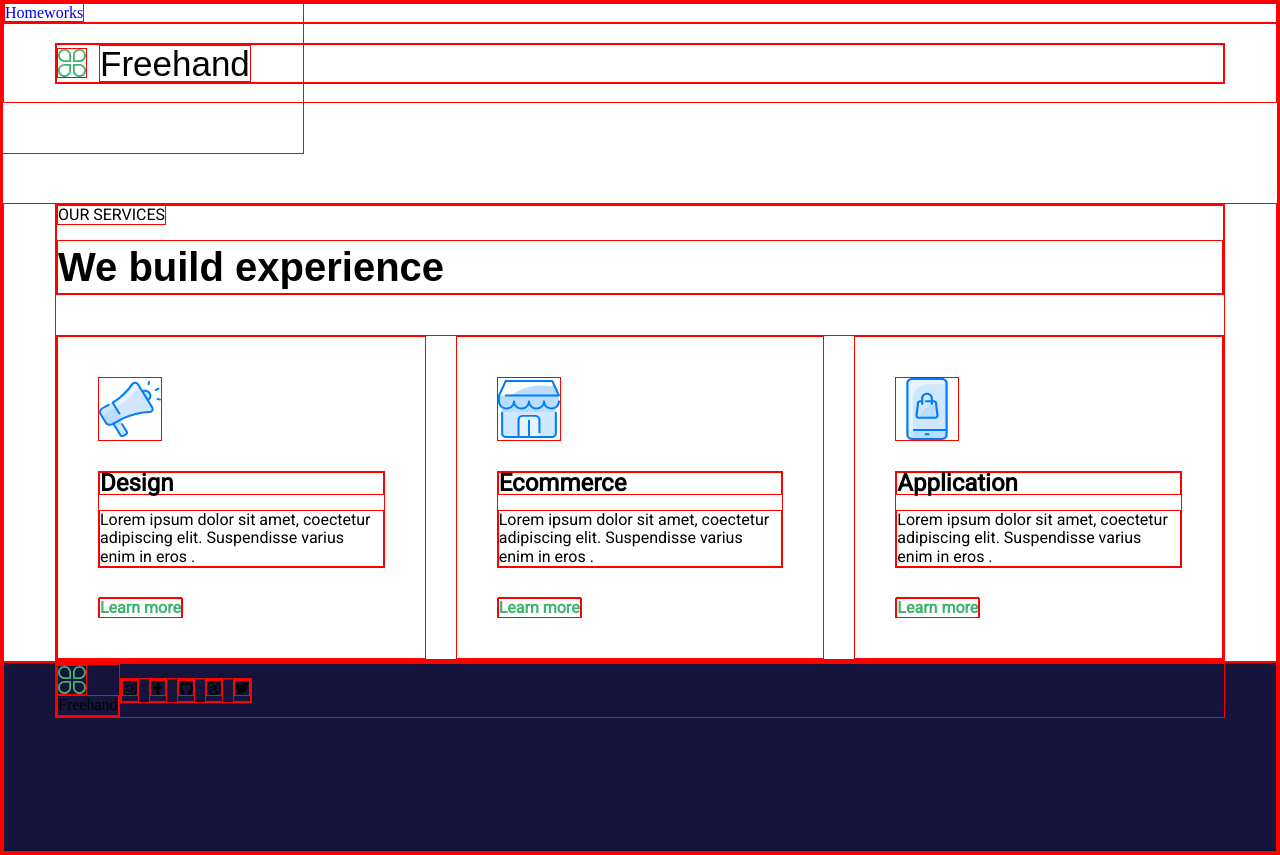
Repository: Tsiniavska/beetroot-test-project
Page: Homeworks/svg/index.html
These files come from the project's save history. The page is drawn as it stood at one moment and after the next save; the edit follows.
The browser window is 1280 px wide. The pictures show the whole page.
Some web fonts or font styles are not loaded; a fallback is used.

Above is the page before, as saved 2024-02-28 22:44:21.

After the next save:
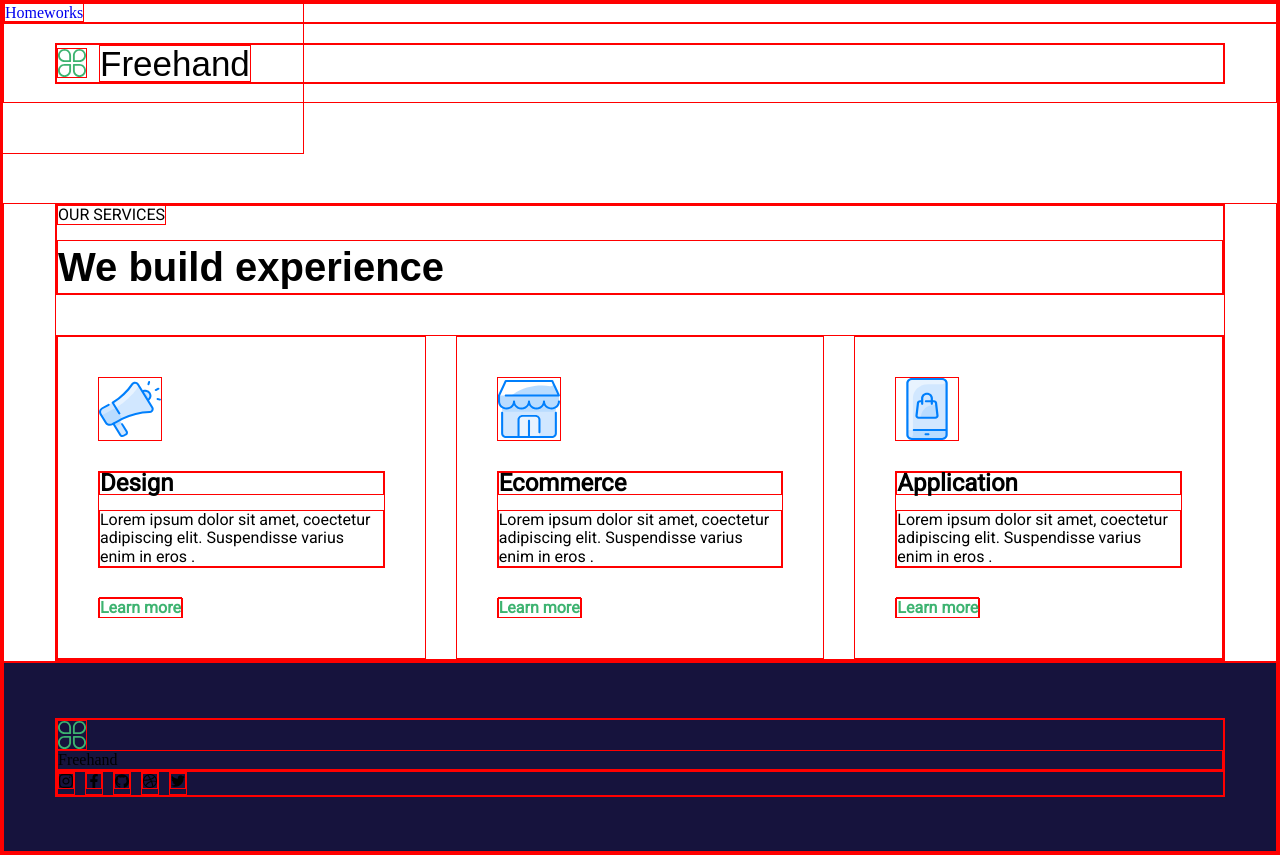
Saved 22 s later.
--- a/Homeworks/svg/index.css
+++ b/Homeworks/svg/index.css
@@ -85,11 +85,11 @@
   width: 100%;
   min-height: var(--h-footer);
   background-color: var(--c-dark-blue);
+  display: flex;
+  align-items: center;
 }
 
 .footer-content {
-  display: flex;
-  align-items: center;
 }
 
 .footer-icon-block {
